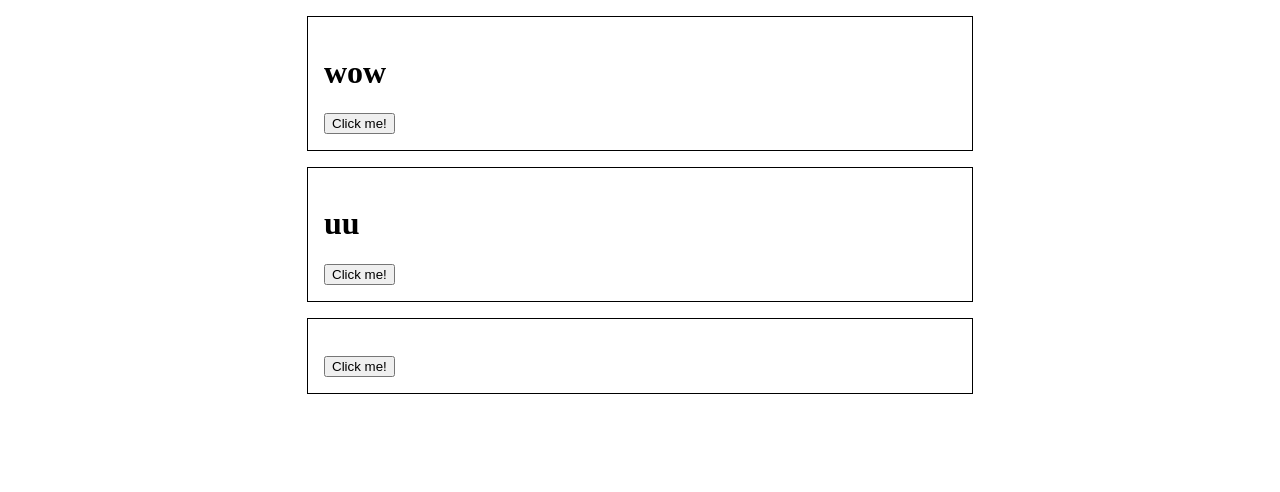
Repository: Jinontheclock/COMP3170_Assignment
Page: /
An editor plug-in stored every save of this project. The page is shown before and after the next save, followed by the edit.
The browser window is 1280 px wide. The pictures show the whole page.
The project was rebuilt for these pictures with package versions that can differ from the ones it lists, and the page was loaded fresh each time. Also part of the build but not shown: vite.config.js.

Above is the page before, as saved 2025-09-08 16:05:21.

### index.html
<!doctype html>
<html lang="en">
  <head>
    <meta charset="UTF-8" />
    <meta name="viewport" content="width=device-width, initial-scale=1.0" />
    <title>HAJIN A01403665</title>
  </head>
  <body>
    <div id="root"></div>
    <script type="module" src="/src/main.jsx"></script>
  </body>
</html>

### src/main.jsx
import React from "react";
import ReactDOM from "react-dom/client";
import App from "./App";
import "./index.css";
import books from "../data/books.json"

ReactDOM.createRoot(document.getElementById("root")).render(
  <React.StrictMode>
    <App />
  </React.StrictMode>
);

### src/App.jsx
import Excerpt from "./Excerpt";

function App(){
  return (
    <div>
      <Excerpt title="wow" />
       <Excerpt title="uu" />
        <Excerpt />
    </div>
  )
}


export default App;

### src/index.css
.excerpt{
  width: 50%;
  padding: 1em;
  margin: 1em auto;
  border: 1px solid;
}

### data/books.json
[
    {
      "title": "Effective JavaScript",
      "subtitle": "68 Specific Ways to Harness the Power of JavaScript",
      "isbn13": "9780321812186",
      "price": "$21.99",
      "image": "https://itbook.store/img/books/9780321812186.png",
      "url": "https://itbook.store/books/9780321812186",
      "publisher": "Addison-Wesley",
      "language": "English"
    },
    {
      "title": "Beginning JavaScript, 3nd Edition",
      "subtitle": "The Ultimate Guide to Modern JavaScript Development",
      "isbn13": "9781484243947",
      "price": "$19.02",
      "image": "https://itbook.store/img/books/9781484243947.png",
      "url": "https://itbook.store/books/9781484243947",
      "publisher": "Apress",
      "language": "English"
    },
    {
      "title": "Learn Enough JavaScript to Be Dangerous",
      "subtitle": "Write Programs, Publish Packages, and Develop Interactive Websites with JavaScript",
      "isbn13": "9780137843749",
      "price": "$31.98",
      "image": "https://itbook.store/img/books/9780137843749.png",
      "url": "https://itbook.store/books/9780137843749",
      "publisher": "Addison-Wesley",
      "language": "English"
    },
    {
      "title": "Test-Driven JavaScript Development",
      "subtitle": "",
      "isbn13": "9780321683915",
      "price": "$10.29",
      "image": "https://itbook.store/img/books/9780321683915.png",
      "url": "https://itbook.store/books/9780321683915",
      "publisher": "Addison-Wesley",
      "language": "English"
    },
    {
      "title": "Learning JavaScript",
      "subtitle": "A Hands-On Guide to the Fundamentals of Modern JavaScript",
      "isbn13": "9780321832740",
      "price": "$8.99",
      "image": "https://itbook.store/img/books/9780321832740.png",
      "url": "https://itbook.store/books/9780321832740",
      "publisher": "Addison-Wesley",
      "language": "English"
    },
    {
      "title": "jQuery and JavaScript Phrasebook",
      "subtitle": "",
      "isbn13": "9780321918963",
      "price": "$14.48",
      "image": "https://itbook.store/img/books/9780321918963.png",
      "url": "https://itbook.store/books/9780321918963",
      "publisher": "Addison-Wesley",
      "language": "English"
    },
    {
      "title": "JavaScript: The Good Parts",
      "subtitle": "Unearthing the Excellence in JavaScript",
      "isbn13": "9780596517748",
      "price": "$4.37",
      "image": "https://itbook.store/img/books/9780596517748.png",
      "url": "https://itbook.store/books/9780596517748",
      "publisher": "O'Reilly",
      "language": "English"
    },
    {
      "title": "Head First JavaScript",
      "subtitle": "A Learner's Companion to JavaScript",
      "isbn13": "9780596527747",
      "price": "$7.72",
      "image": "https://itbook.store/img/books/9780596527747.png",
      "url": "https://itbook.store/books/9780596527747",
      "publisher": "O'Reilly",
      "language": "English"
    },
    {
      "title": "High Performance JavaScript",
      "subtitle": "Build Faster Web Application Interfaces",
      "isbn13": "9780596802790",
      "price": "$19.59",
      "image": "https://itbook.store/img/books/9780596802790.png",
      "url": "https://itbook.store/books/9780596802790",
      "publisher": "O'Reilly",
      "language": "English"
    },
    {
      "title": "Building iPhone Apps with HTML, CSS, and JavaScript",
      "subtitle": "Making App Store Apps Without Objective-C or Cocoa",
      "isbn13": "9780596805784",
      "price": "$5.00",
      "image": "https://itbook.store/img/books/9780596805784.png",
      "url": "https://itbook.store/books/9780596805784",
      "publisher": "O'Reilly",
      "language": "English"
    }

  ]

### src/Excerpt.jsx
function Excerpt(props){
  return (
        <div className="excerpt">
      <h1>{props.title}</h1>
      <p>{props.body}</p>
      <button>Click me!</button>
    </div>)
}

export default Excerpt;

After the next save:
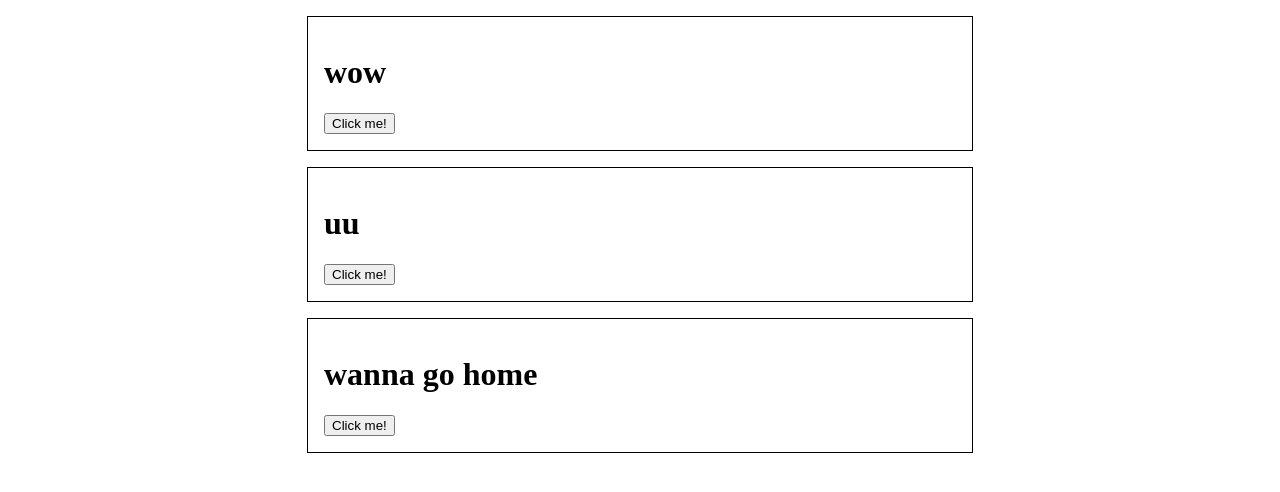
Saved 9 s later.
--- a/src/App.jsx
+++ b/src/App.jsx
@@ -5,7 +5,7 @@
     <div>
       <Excerpt title="wow" />
        <Excerpt title="uu" />
-        <Excerpt />
+        <Excerpt title="wanna go home" />
     </div>
   )
 }
